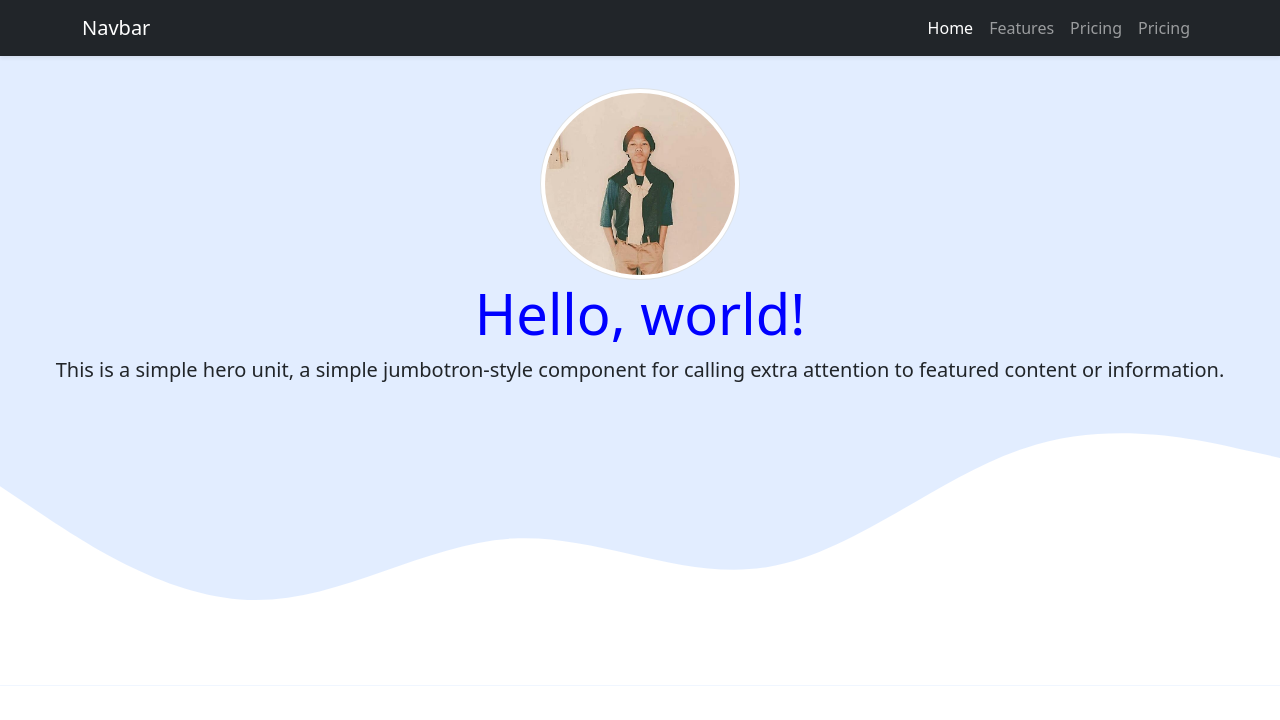
Repository: Novemberdad/gemilangtech.github.io
Page: index.html
An editor plug-in stored every save of this project. The page is shown before and after the next save, followed by the edit.
The browser window is 1280 px wide. The pictures show the whole page.

Above is the page before, as saved 2021-07-20 23:46:45.

### index.html
<!DOCTYPE html>
<html lang="en">

<head>
    <!-- Required meta tags -->
    <meta charset="utf-8" />
    <meta name="viewport" content="width=device-width, initial-scale=1" />

    <!-- Bootstrap CSS -->
    <link href="https://cdn.jsdelivr.net/npm/bootstrap@5.0.2/dist/css/bootstrap.min.css" rel="stylesheet" integrity="sha384-EVSTQN3/azprG1Anm3QDgpJLIm9Nao0Yz1ztcQTwFspd3yD65VohhpuuCOmLASjC" crossorigin="anonymous" />

    <!--My CSS-->
    <link rel="stylesheet" href="style.css" />
    <title>My Portofoliio</title>
    <style>
        h1 {
            text-align: center;
            color: blue;
        }
    </style>
</head>

<body>
    <!--NAVBAR-->
    <nav class="navbar navbar-expand-lg navbar-dark bg-dark shadow-sm">
        <div class="container">
            <a class="navbar-brand" href="#">Navbar</a>
            <button class="navbar-toggler" type="button" data-bs-toggle="collapse" data-bs-target="#navbarNav" aria-controls="navbarNav" aria-expanded="false" aria-label="Toggle navigation">
          <span class="navbar-toggler-icon"></span>
        </button>
            <div class="collapse navbar-collapse" id="navbarNav">
                <ul class="navbar-nav ms-auto">
                    <li class="nav-item">
                        <a class="nav-link active" aria-current="page" href="#">Home</a>
                    </li>
                    <li class="nav-item">
                        <a class="nav-link" href="#">Features</a>
                    </li>
                    <li class="nav-item">
                        <a class="nav-link" href="#">Pricing</a>
                    </li>
                    <li class="nav-item">
                        <a class="nav-link" href="#">Pricing</a>
                    </li>
                </ul>
            </div>
        </div>
    </nav>
    <!--AKHIR NAVBAR-->

    <!--jumbortron-->
    <section class="jumbotron text-center">
        <img src="image/logo.jpg" alt="logo" width="200" class="rounded-circle img-thumbnail" />
        <h1 class="display-4">Hello, world!</h1>
        <p class="lead">This is a simple hero unit, a simple jumbotron-style component for calling extra attention to featured content or information.</p>
        <svg xmlns="http://www.w3.org/2000/svg" viewBox="0 0 1440 320">
        <path
          fill="#ffffff"
          fill-opacity="1"
          d="M0,96L48,128C96,160,192,224,288,224C384,224,480,160,576,154.7C672,149,768,203,864,186.7C960,171,1056,85,1152,53.3C1248,21,1344,43,1392,53.3L1440,64L1440,320L1392,320C1344,320,1248,320,1152,320C1056,320,960,320,864,320C768,320,672,320,576,320C480,320,384,320,288,320C192,320,96,320,48,320L0,320Z"
        ></path>
      </svg>
    </section>
    <!--akhir jumbotron-->
    <script src="https://cdn.jsdelivr.net/npm/bootstrap@5.0.2/dist/js/bootstrap.bundle.min.js" integrity="sha384-MrcW6ZMFYlzcLA8Nl+NtUVF0sA7MsXsP1UyJoMp4YLEuNSfAP+JcXn/tWtIaxVXM" crossorigin="anonymous"></script>

    <!-- Option 2: Separate Popper and Bootstrap JS -->
    <!--
    <script src="https://cdn.jsdelivr.net/npm/@popperjs/core@2.9.2/dist/umd/popper.min.js" integrity="sha384-IQsoLXl5PILFhosVNubq5LC7Qb9DXgDA9i+tQ8Zj3iwWAwPtgFTxbJ8NT4GN1R8p" crossorigin="anonymous"></script>
    <script src="https://cdn.jsdelivr.net/npm/bootstrap@5.0.2/dist/js/bootstrap.min.js" integrity="sha384-cVKIPhGWiC2Al4u+LWgxfKTRIcfu0JTxR+EQDz/bgldoEyl4H0zUF0QKbrJ0EcQF" crossorigin="anonymous"></script>
    -->
</body>

</html>

### style.css
.jumbotron {
    padding-top: 2rem;
    background-color: #e2edff;
}

After the next save:
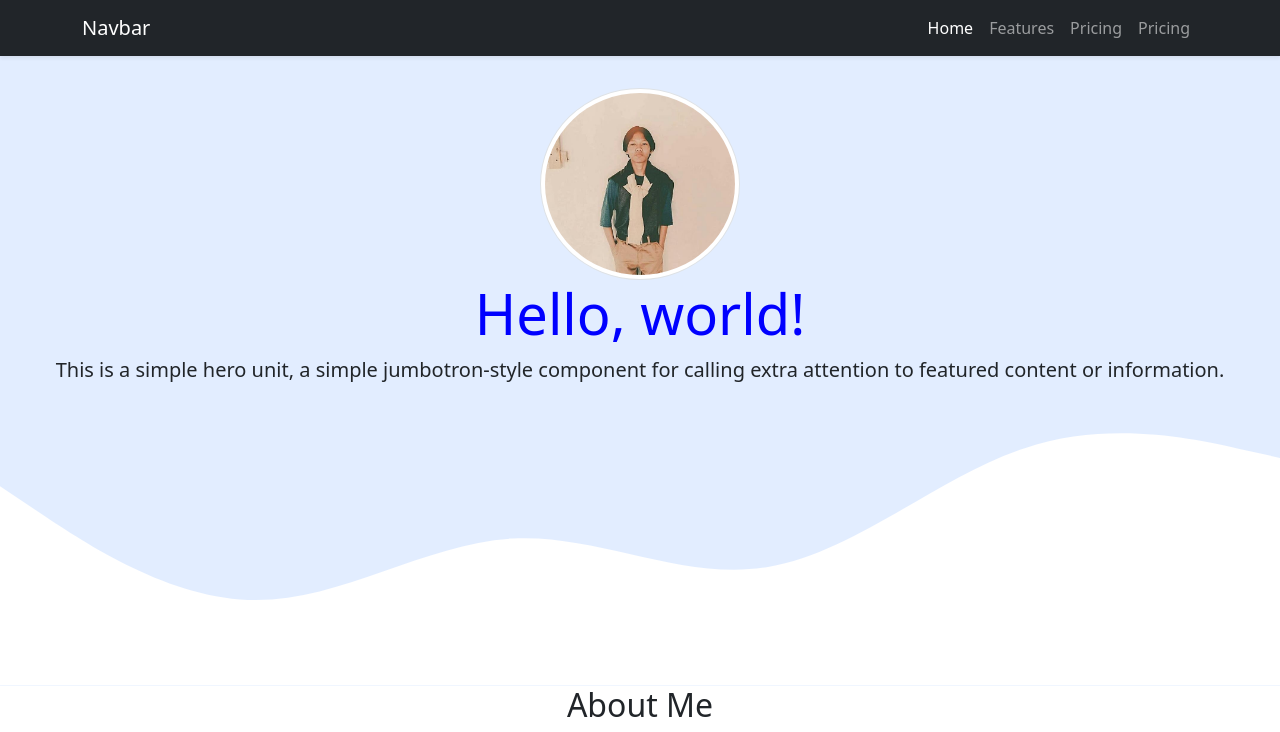
Saved 6 min 21 s later.
--- a/index.html
+++ b/index.html
@@ -62,6 +62,18 @@
       </svg>
     </section>
     <!--akhir jumbotron-->
+
+    <!--about-->
+    <section id="about">
+        <div class="container">
+            <div class="row text-center">
+                <div class="col">
+                    <h2>About Me</h2>
+                </div>
+            </div>
+        </div>
+    </section>
+    <!--akhir about-->
     <script src="https://cdn.jsdelivr.net/npm/bootstrap@5.0.2/dist/js/bootstrap.bundle.min.js" integrity="sha384-MrcW6ZMFYlzcLA8Nl+NtUVF0sA7MsXsP1UyJoMp4YLEuNSfAP+JcXn/tWtIaxVXM" crossorigin="anonymous"></script>
 
     <!-- Option 2: Separate Popper and Bootstrap JS -->
